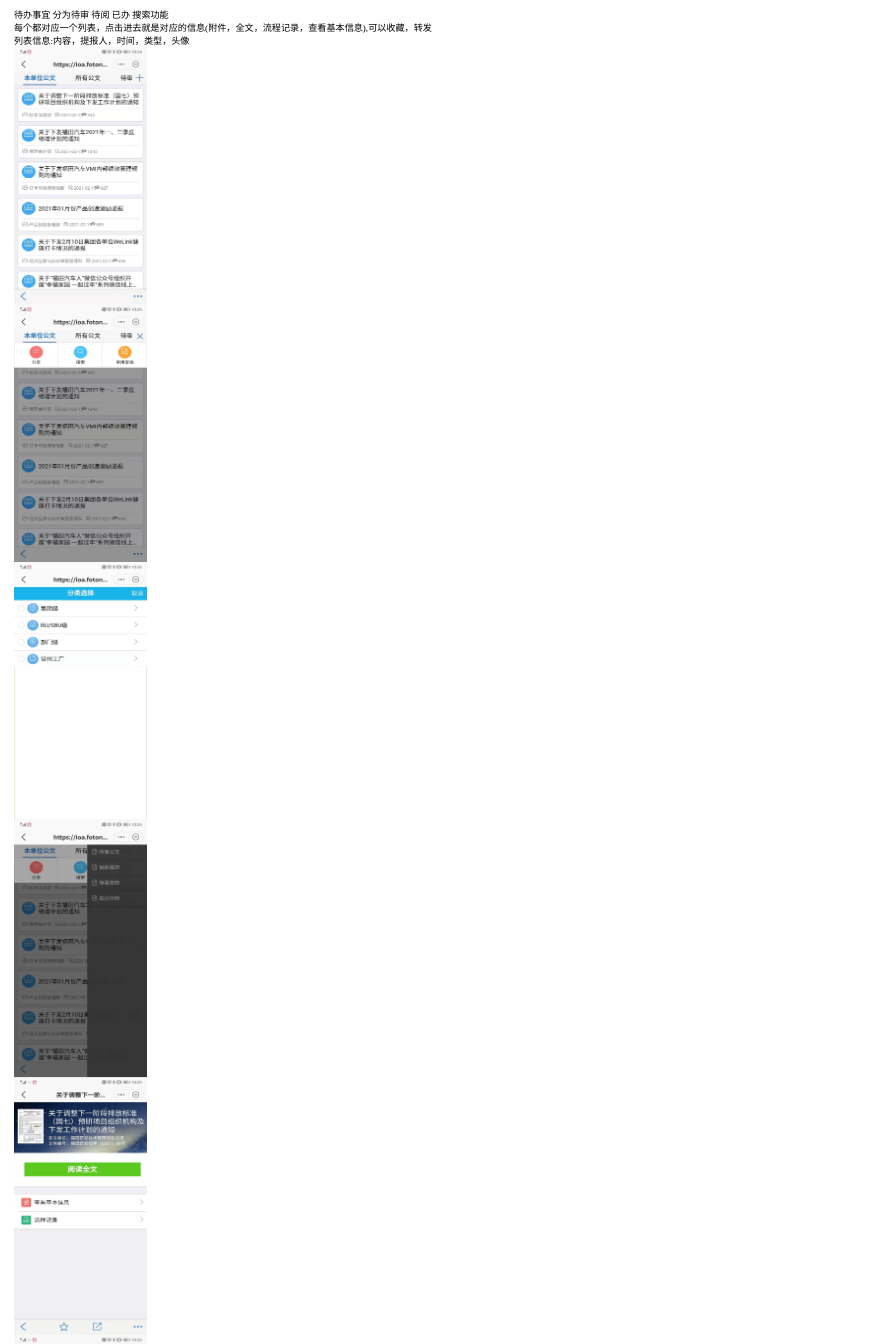
Repository: ch230/2021
Page: A.html
The author's editor kept a copy of each file at every save. The page is drawn from the files as they stood at one save, then again after the next save.
The browser window is 1280 px wide. The pictures show the part of the page from y = 0 to 1920 px (the page is 11947 px tall before and 11887 px after), at 70% of full size.

Above is the page before, as saved 2021-02-15 14:46:03.

After the next save:
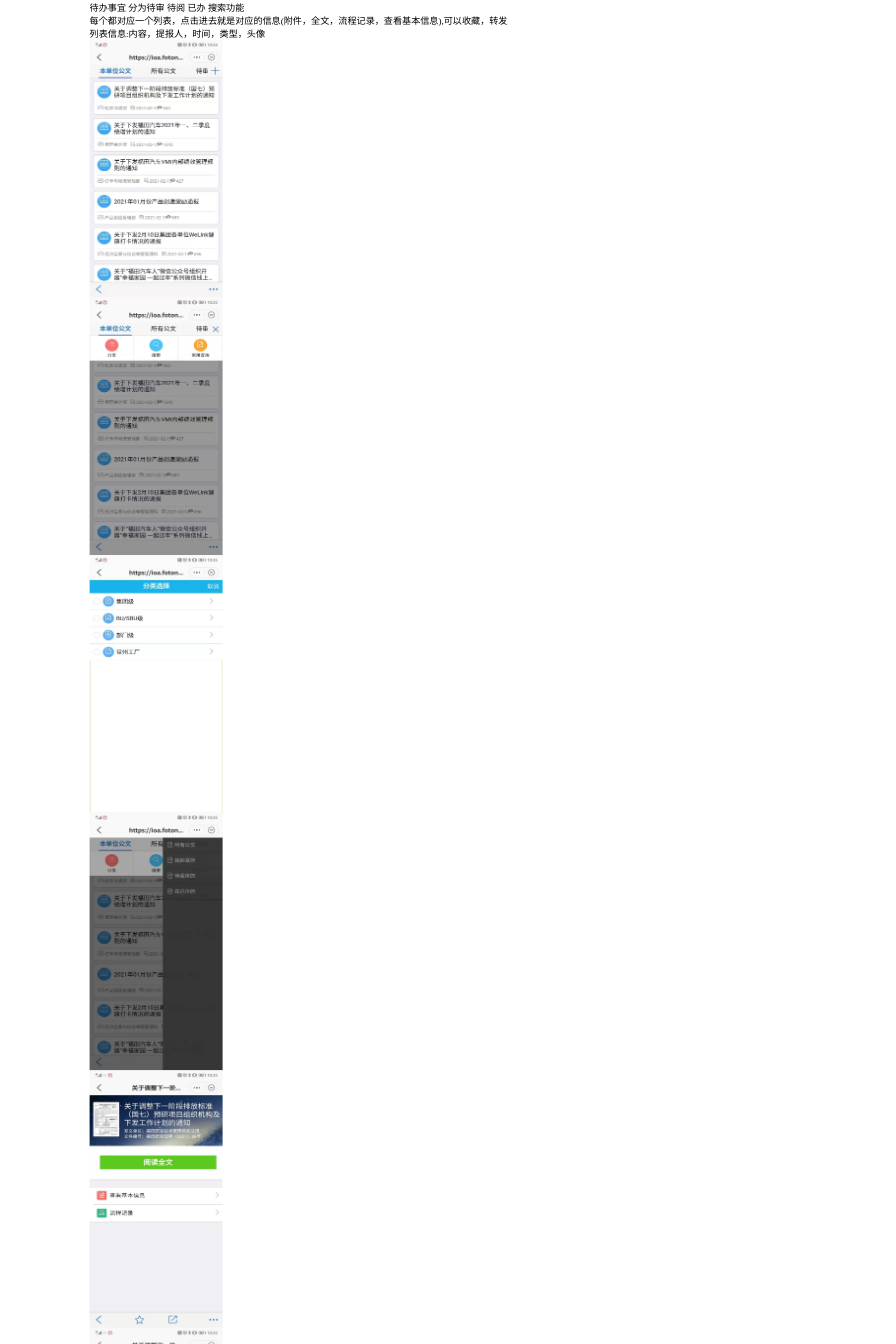
Saved 13 s later.
--- a/A.html
+++ b/A.html
@@ -20,7 +20,8 @@
       #items {
         height: auto;
         width: 80%;
-        margin: 10px 20px;
+        margin: auto;
+        /* margin: 10px 20px; */
       }
       #items div {
         width: 80%;
